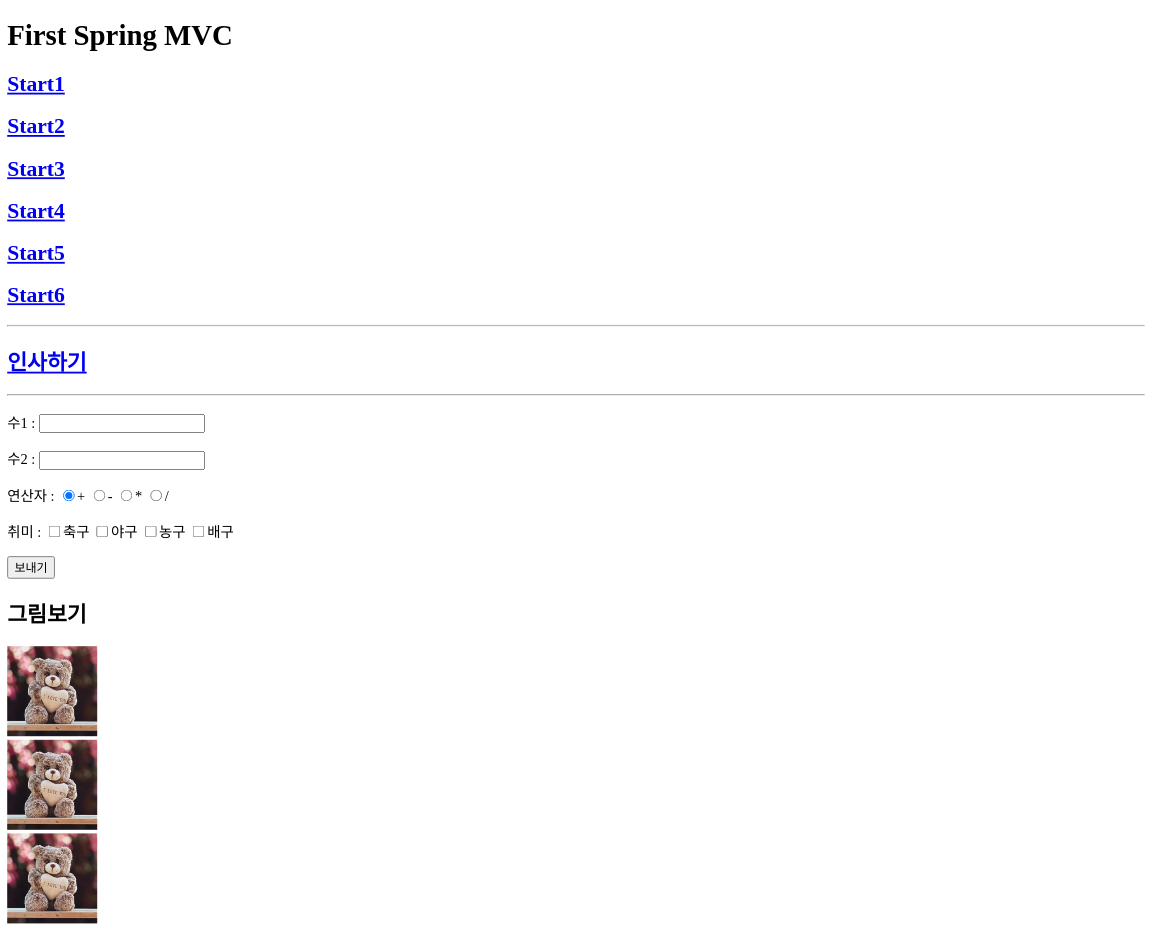
Repository: Developer120000/spring_mvc_study
Page: http://localhost/spring_mvc02/
These files come from the project's save history. The page is drawn as it stood at one moment and after the next save; the edit follows.
The browser window is 1280 px wide. The pictures show the whole page, at 90% of full size.
The page is served by Tomcat 9. Other server files are loaded and not shown.

Above is the page before, as saved 2024-03-20 00:50:02.

### spring_mvc02/src/main/webapp/WEB-INF/views/index.jsp
<%@ page language="java" contentType="text/html; charset=UTF-8"
    pageEncoding="UTF-8"%>
<%@ taglib prefix="c" uri="http://java.sun.com/jsp/jstl/core" %>
<!DOCTYPE html>
<html>
<head>
<meta charset="UTF-8">
<title>Insert title here</title>
</head>
<body>
	<h1>First Spring MVC</h1>
	<!-- 확장자가 .do 이름 이므로 web.xml 에서 지정한 servlet-context.xml (DispatcherServlet) 으로 간다 -->
	<h2><a href="start1.do">Start1</a></h2>
	<h2><a href="start2.do">Start2</a></h2>
	<h2><a href="start3.do">Start3</a></h2>
	<h2><a href="start4.do">Start4</a></h2>
	<h2><a href="start5.do">Start5</a></h2>
	<h2><a href="start6.do">Start6</a></h2>
	<hr>

	<h2><a href="hello.do">인사하기</a></h2>
	<hr>
	<form action="calc.do" method="post">
		<p>수1 : <input type="number" size="15" name="s1" required></p>
		<p>수2 : <input type="number" size="15" name="s2" required></p>
		<p>연산자 :
			<input type="radio" name="op" value="+" checked>+
			<input type="radio" name="op" value="-">-
			<input type="radio" name="op" value="*">*
			<input type="radio" name="op" value="/">/
		</p>
		<p>취미 :
			<input type="checkbox" name="hobby" value="축구">축구
			<input type="checkbox" name="hobby" value="야구">야구
			<input type="checkbox" name="hobby" value="농구">농구
			<input type="checkbox" name="hobby" value="배구">배구
		</p>
		<input type="hidden" name="cPage" value="2">
		<input type="submit" value="보내기">
	</form>
	<h2>그림보기</h2>
	<img src="/resources/images/bear.jpg" style="width: 100px;"><br>
	<img src="/resources/images/bear.jpg" style="width: 100px;"><br>
	<img src='<c:url value="/resources/images/bear.jpg" />' style="width: 100px;"><br>
	<img src='' style="width: 100px;"><br>

</body>
</html>

After the next save:
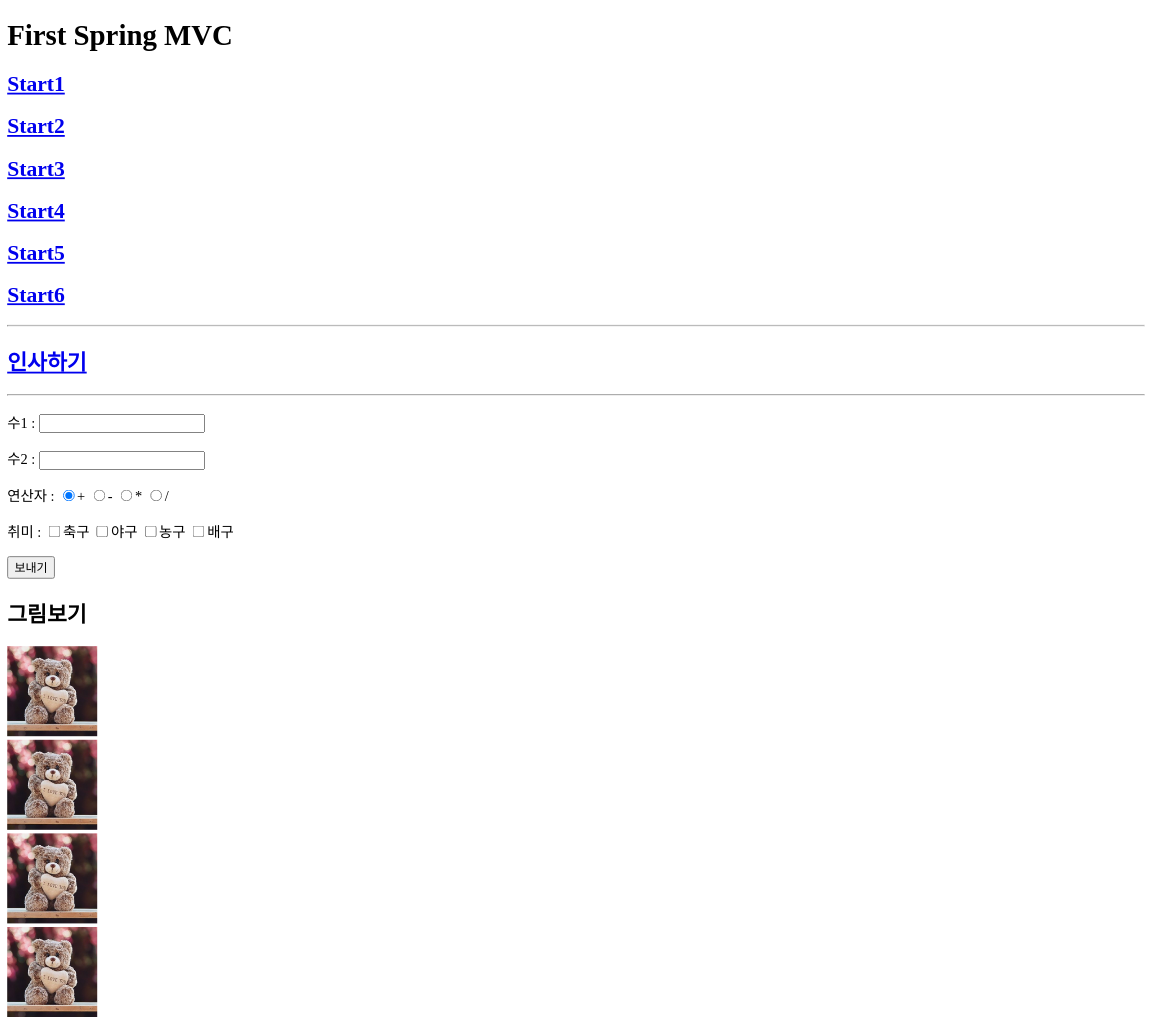
Saved 16 s later.
--- a/spring_mvc02/src/main/webapp/WEB-INF/views/index.jsp
+++ b/spring_mvc02/src/main/webapp/WEB-INF/views/index.jsp
@@ -42,7 +42,7 @@
 	<img src="/resources/images/bear.jpg" style="width: 100px;"><br>
 	<img src="/resources/images/bear.jpg" style="width: 100px;"><br>
 	<img src='<c:url value="/resources/images/bear.jpg" />' style="width: 100px;"><br>
-	<img src='' style="width: 100px;"><br>
+	<img src='<c:url value="/resources/images/bear.jpg" />' style="width: 100px;"><br>
 
 </body>
 </html>
